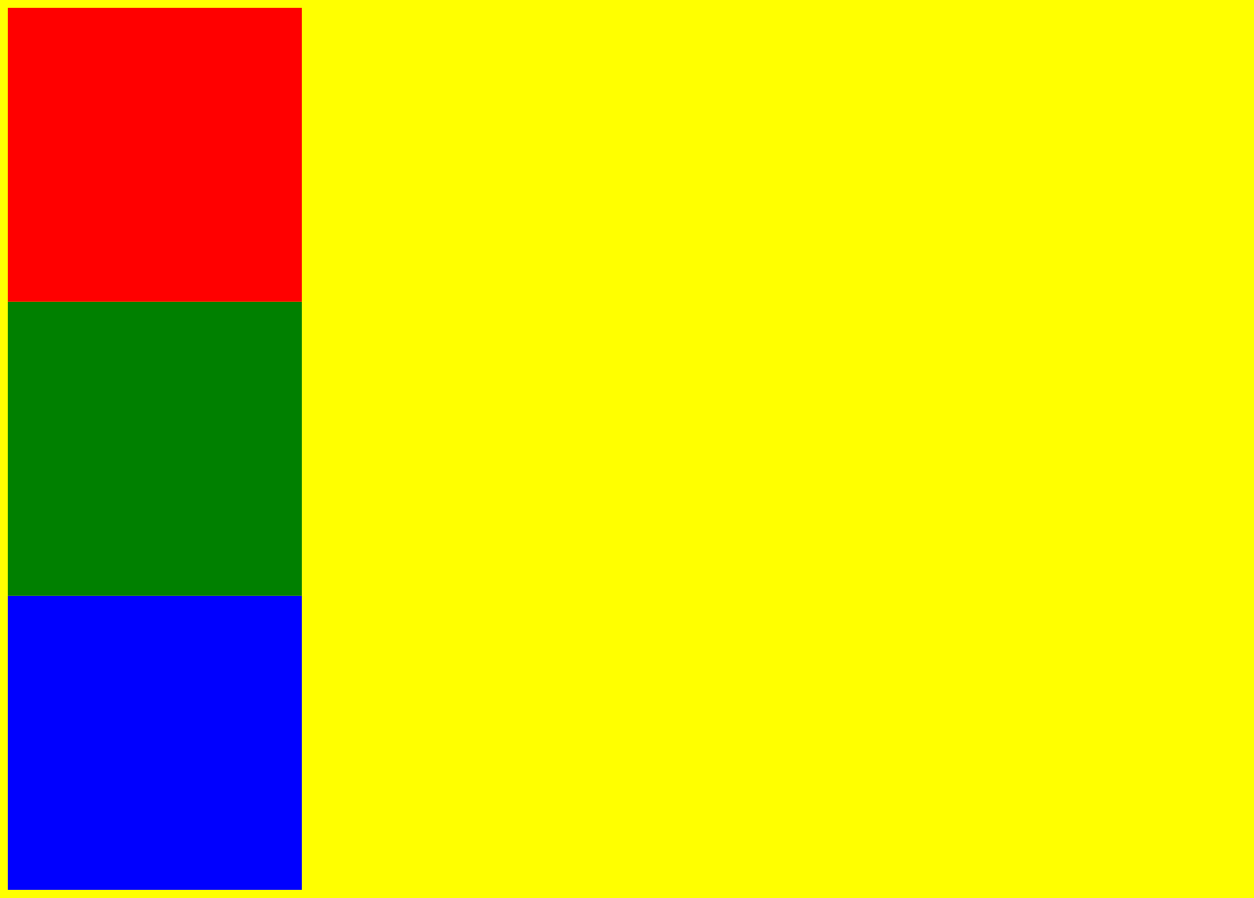
Repository: MicTomm/corso-frontend
Page: HTML/prova2/css.html
These files come from the project's save history. The page is drawn as it stood at one moment and after the next save; the edit follows.
The browser window is 1280 px wide. The pictures show the whole page, at 98% of full size.

Above is the page before, as saved 2023-11-08 15:25:32.

### HTML/prova2/css.html
<!DOCTYPE html>
<html lang="en">
<head>
  <meta charset="UTF-8">
  <meta name="viewport" content="width=device-width, initial-scale=1.0">
  <title>Document</title>
  <link rel="stylesheet" href="style.css">
</head>
<body>

  <div id="uno"></div>
  <div id="due"></div>
  <div id="tre"></div>

</body>
</html>

### HTML/prova2/style.css
body {
  background-color: yellow;
}

div {
  height: 300px;
  width: 300px;
}

#uno {
  background-color: red;
}

#due {
  background-color: green;
}

#tre {
  background-color: blue;
}

After the next save:
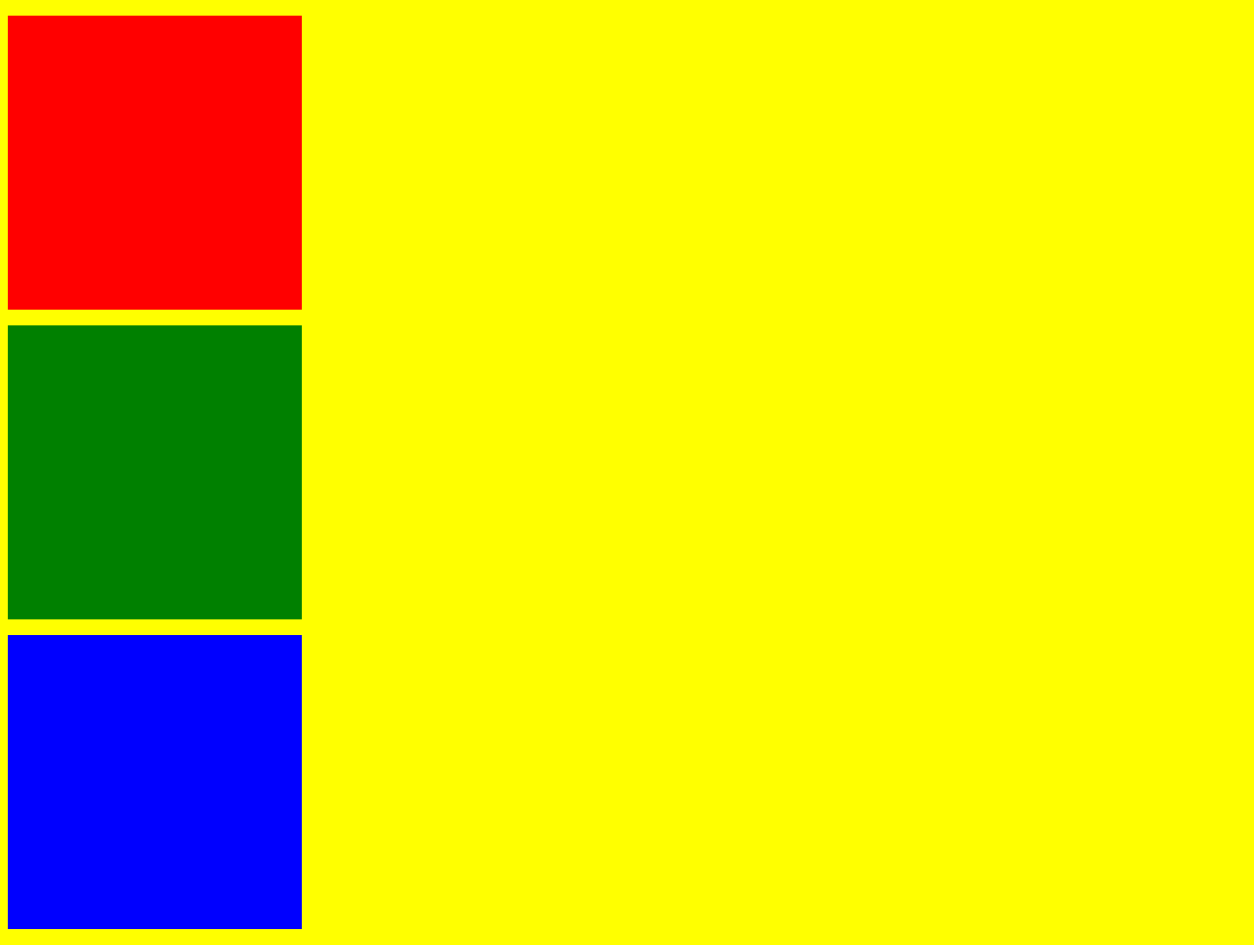
Saved 29 s later.
--- a/HTML/prova2/style.css
+++ b/HTML/prova2/style.css
@@ -5,6 +5,7 @@ body {
 div {
   height: 300px;
   width: 300px;
+  margin: 1rem 0;
 }
 
 #uno {
